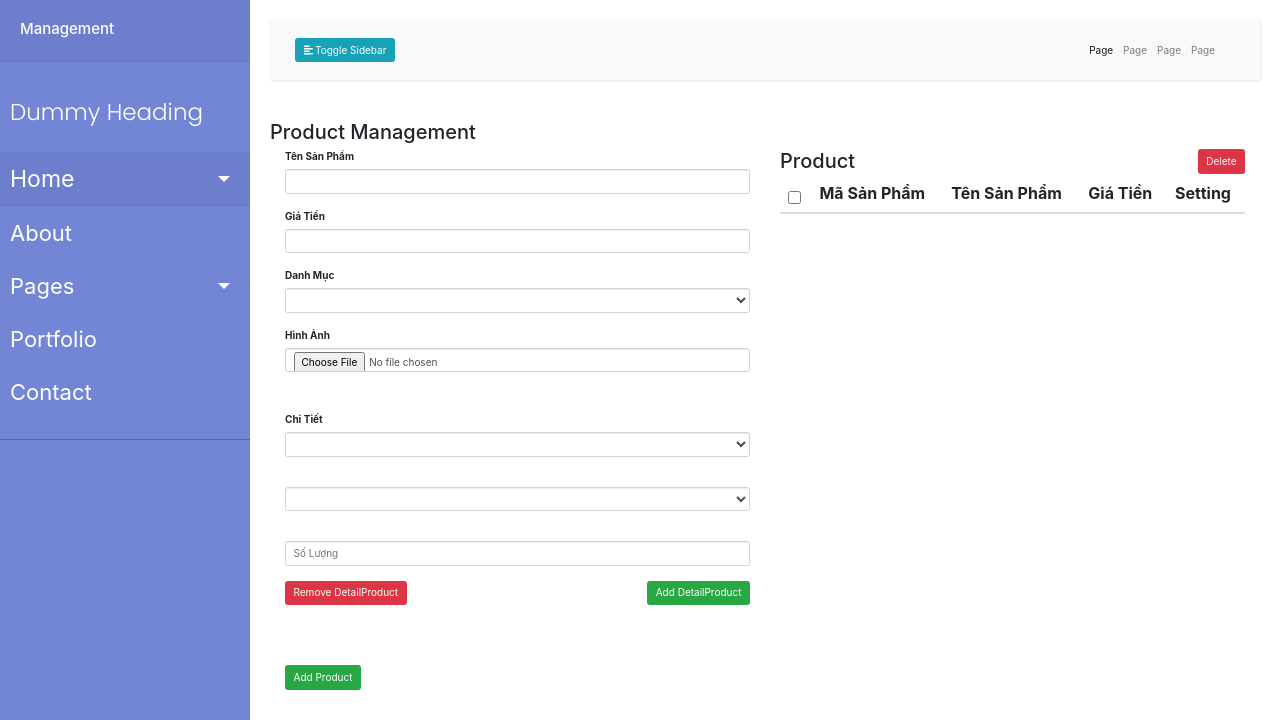
Repository: tiendungnguyen738/shoponline
Page: http://localhost/shoponline/WEB-INF/views/Product_Admin.jsp
These files come from the project's save history. The page is drawn as it stood at one moment and after the next save; the edit follows.
The browser window is 1280 px wide. The pictures show the whole page.
Some web libraries are served in a nearby version. The page is served by Tomcat 9. Nobody is signed in. The template is opened directly, without the code that normally fills it, so the values that code supplies are empty.

Above is the page before, as saved 2019-09-24 13:59:38.

After the next save:
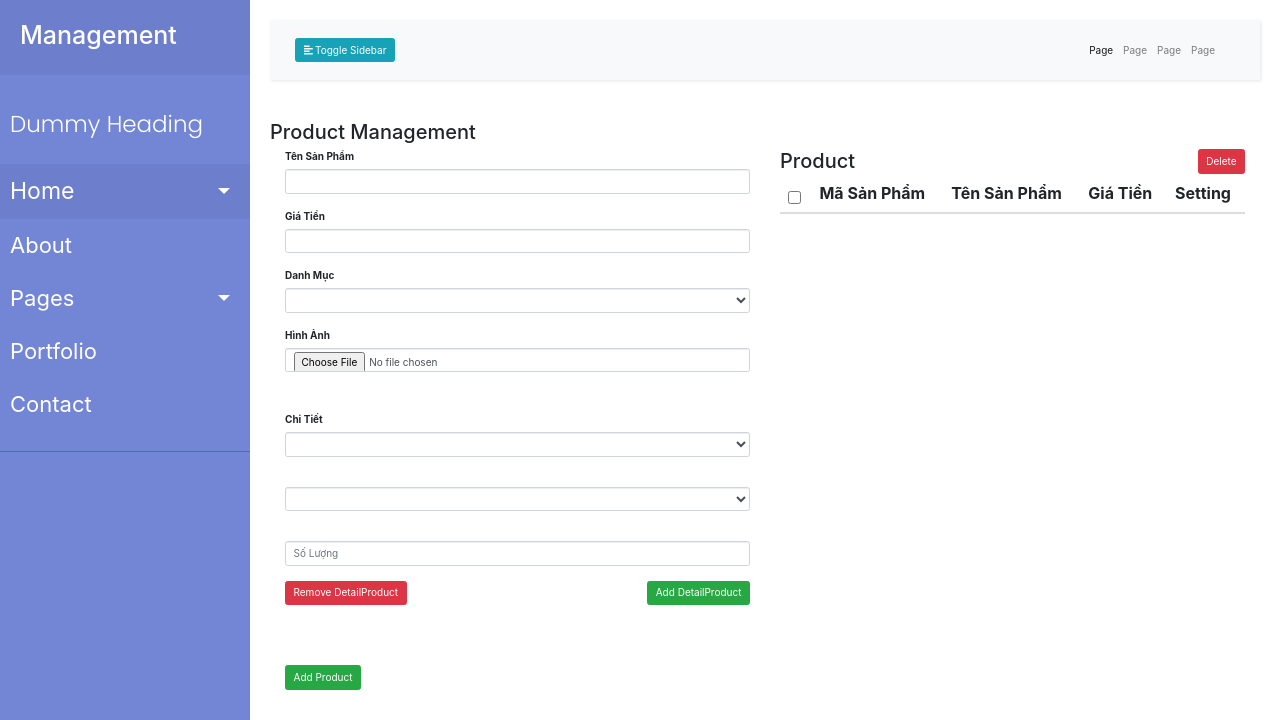
Saved 12 s later.
--- a/shoponline/src/main/webapp/WEB-INF/views/Product_Admin.jsp
+++ b/shoponline/src/main/webapp/WEB-INF/views/Product_Admin.jsp
@@ -33,7 +33,7 @@
 	<div class="wrapper">
 		<nav id="sidebar">
 			<div class="sidebar-header">
-				<h4>Management</h4>
+				<h1>Management</h1>
 			</div>
 
 			<ul class="list-unstyled components">
